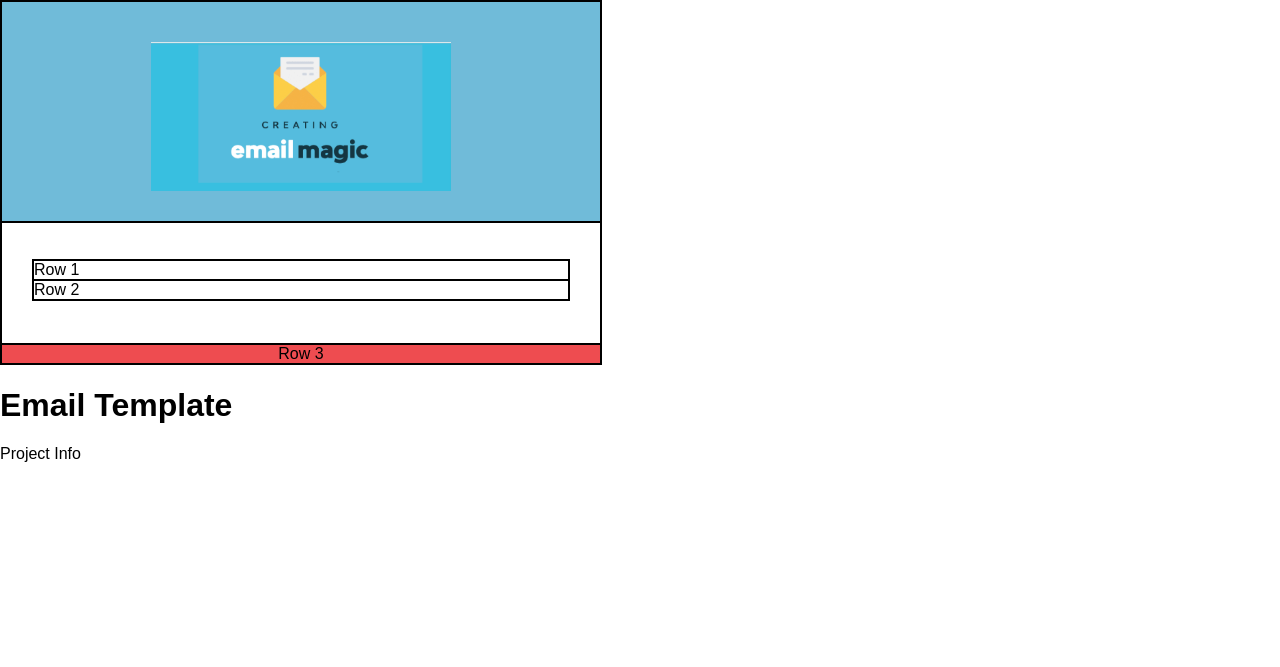
Repository: MikeeBuilds/email-template
Page: index.html
The author's editor kept a copy of each file at every save. The page is drawn from the files as they stood at one save, then again after the next save.
The browser window is 1280 px wide. The pictures show the whole page.

Above is the page before, as saved 2022-11-21 16:14:54.

After the next save:
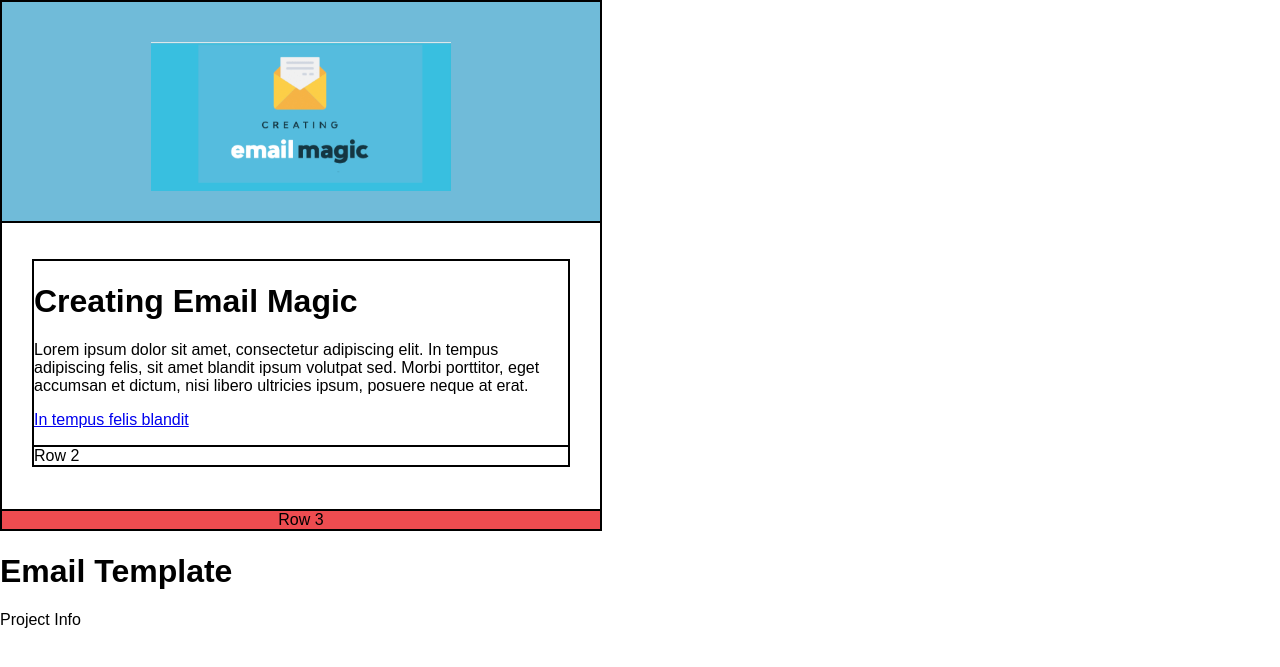
Saved 69 s later.
--- a/index.html
+++ b/index.html
@@ -37,7 +37,10 @@
                 <table role="presentation" style="width:100%;border-collapse:collapse;border:0;border-spacing:0;">
                     <tr>
                         <td style="padding:0;">
-                            Row 1
+                            <h1>Creating Email Magic</h1>
+<p>Lorem ipsum dolor sit amet, consectetur adipiscing elit. In tempus adipiscing felis, sit amet blandit ipsum volutpat sed. Morbi porttitor, eget accumsan et dictum, nisi libero ultricies ipsum, posuere neque at erat.</p>
+<p><a href="http://www.example.com">In tempus felis blandit</a></p>
+
                         </td>
                     </tr>
                     <tr>
